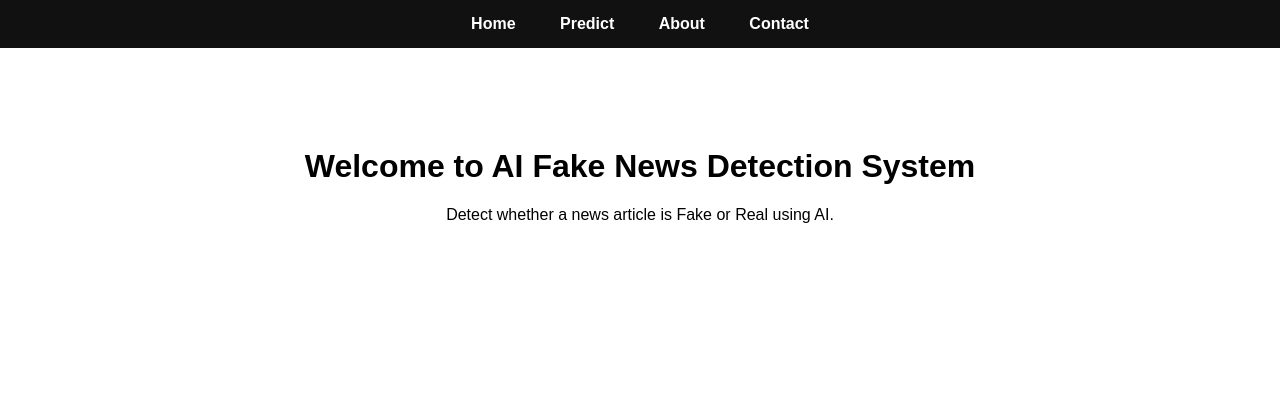
Repository: asadpathan2002-bot/Sprint1
Page: frontend/home.html
An editor plug-in stored every save of this project. The page is shown before and after the next save, followed by the edit.
The browser window is 1280 px wide. The pictures show the whole page.

Above is the page before, as saved 2026-02-21 23:09:39.

After the next save:
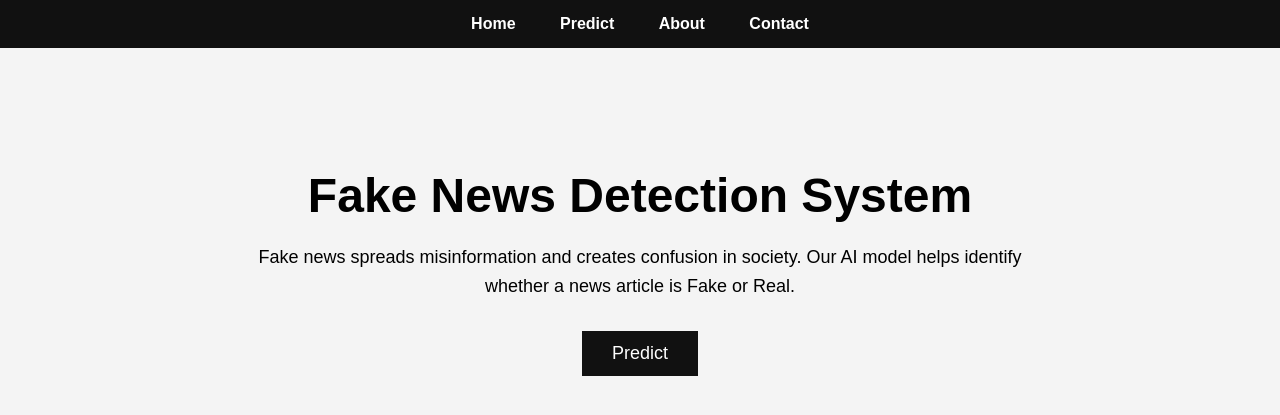
Saved 45 min 30 s later.
--- a/frontend/home.html
+++ b/frontend/home.html
@@ -1,17 +1,18 @@
 <!DOCTYPE html>
 <html>
 <head>
-    <title>Home - Fake News Detector</title>
+    <title>Home - Fake News Detection</title>
     <style>
         body {
             margin: 0;
             font-family: Arial, sans-serif;
+            background-color: #f4f4f4;
+            text-align: center;
         }
 
         nav {
             background-color: #111;
             padding: 15px;
-            text-align: center;
         }
 
         nav a {
@@ -25,9 +26,36 @@
             color: #00ffcc;
         }
 
-        .content {
-            text-align: center;
-            margin-top: 100px;
+        .hero {
+            margin-top: 120px;
+        }
+
+        h1 {
+            font-size: 48px;
+            margin-bottom: 20px;
+        }
+
+        p {
+            font-size: 18px;
+            width: 60%;
+            margin: auto;
+            line-height: 1.6;
+        }
+
+        .btn {
+            margin-top: 30px;
+            padding: 12px 30px;
+            font-size: 18px;
+            background-color: #111;
+            color: white;
+            border: none;
+            cursor: pointer;
+            text-decoration: none;
+            display: inline-block;
+        }
+
+        .btn:hover {
+            background-color: #00b894;
         }
     </style>
 </head>
@@ -40,9 +68,15 @@
     <a href="contact.html">Contact</a>
 </nav>
 
-<div class="content">
-    <h1>Welcome to AI Fake News Detection System</h1>
-    <p>Detect whether a news article is Fake or Real using AI.</p>
+<div class="hero">
+    <h1>Fake News Detection System</h1>
+
+    <p>
+        Fake news spreads misinformation and creates confusion in society.
+        Our AI model helps identify whether a news article is Fake or Real.
+    </p>
+
+    <a href="index.html" class="btn">Predict</a>
 </div>
 
 </body>
